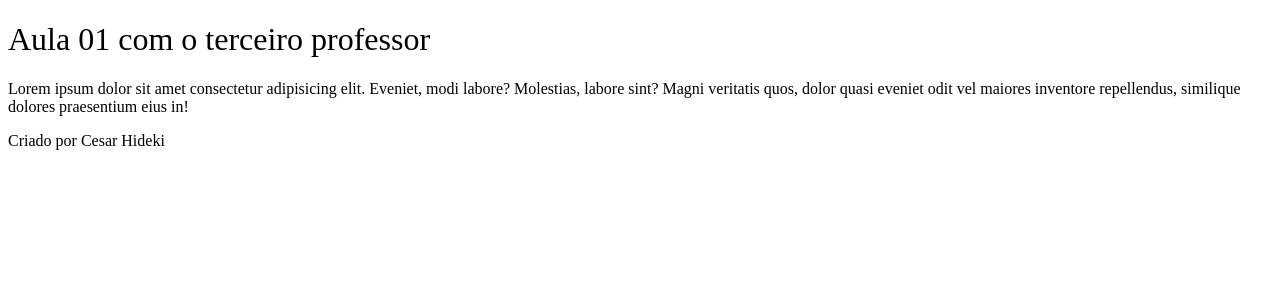
Repository: geracao-11/aula-01-pt2
Page: index.html
An editor plug-in stored every save of this project. The page is shown before and after the next save, followed by the edit.
The browser window is 1280 px wide. The pictures show the whole page.

Above is the page before, as saved 2025-04-09 10:13:39.

After the next save:
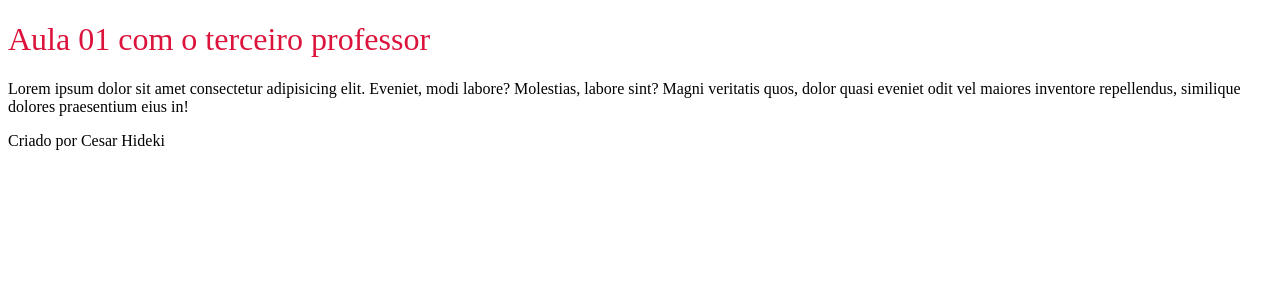
Saved 5 s later.
--- a/style.css
+++ b/style.css
@@ -1,4 +1,4 @@
 h1 {
     font-weight: lighter;
-    color: ;
+    color: crimson;
 }
